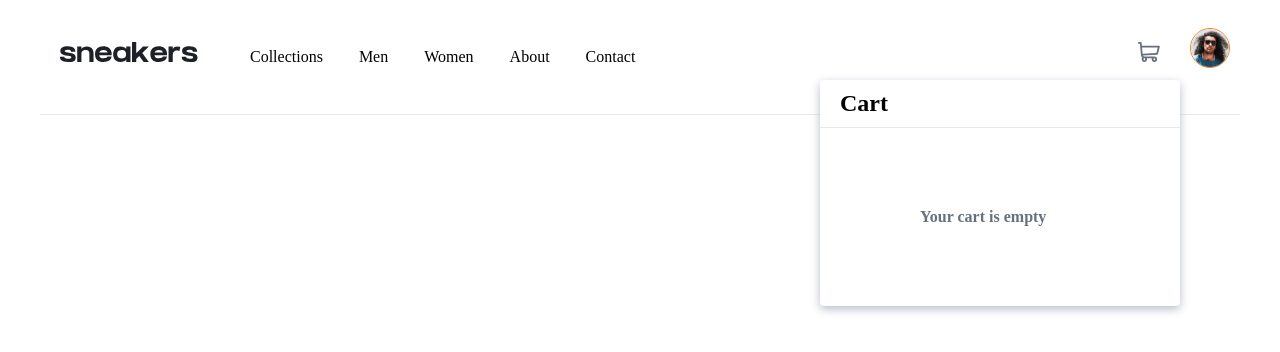
Repository: Bakyproit/Ecommerce
Page: index.html
These files come from the project's save history. The page is drawn as it stood at one moment and after a run of saves; the edit follows.
The browser window is 1280 px wide. The pictures show the whole page.
The style sheet was rebuilt from its Sass, Less or Tailwind sources for each picture, by a compiler version that may differ from the author's.

Above is the page before, as saved 2022-02-14 13:28:01.

### index.html
<!DOCTYPE html>
<html lang="en">
<head>
    <meta charset="UTF-8">
    <meta http-equiv="X-UA-Compatible" content="IE=edge">
    <meta name="viewport" content="width=device-width, initial-scale=1.0">
    <title>Ecommerce</title>
    <link rel="stylesheet" href="./asset/css/app.css">
    <link rel="preconnect" href="https://fonts.googleapis.com">
    <link rel="preconnect" href="https://fonts.gstatic.com" crossorigin>
    <link href="https://fonts.googleapis.com/css2?family=Kumbh+Sans:wght@400;700&display=swap" rel="stylesheet">
</head>
<body>
    <div class="wrapper">
        <!-- Beggin header -->
        <div class="header">
            <div class="header__left">
                <div class="header__left-logo">
                    <img src="./asset/images/logo.svg" alt="">
                </div>
                <div class="header__left-menu">
                    <ul class="header__left-menu-list">
                        <li class="header__left-menu-item">
                            <a href="" class="header__left-menu-item-title">Collections</a>
                        </li>
                        <li class="header__left-menu-item">
                            <a href="" class="header__left-menu-item-title">Men</a>
                        </li>
                        <li class="header__left-menu-item">
                            <a href="" class="header__left-menu-item-title">Women</a>
                        </li>
                        <li class="header__left-menu-item">
                            <a href="" class="header__left-menu-item-title">About</a>
                        </li>
                        <li class="header__left-menu-item">
                            <a href="" class="header__left-menu-item-title">Contact</a>
                        </li>
                    </ul>
                </div>
            </div>
            <div class="header__right">
                <div class="header__right-cart">
                    <img src="./asset/images/icon-cart.svg" alt="">
                    <!-- cart-list--no-cart -->
                    <!-- cart-list--yes-cart-->
                    <div class="cart-list cart-list--no-cart">
                        <h3 class="cart-list-heading">Cart</h3>

                        <span class="cart-list-message">Your cart is empty</span>




                    </div>
                </div>
                <div class="header__right-avatar">
                    <img src="./asset/images/image-avatar.png" alt="">
                </div>
            </div>
        </div>
        <!-- end header -->
    </div>
</body>
</html>

### asset/sass/app.scss
@import './valiable.scss' ;
@import './style.scss' ;
@import './reset.scss' ;

### asset/sass/valiable.scss

$Color_primary : hsl(26,100%,55%) ;
$Pale_orange: hsl(25, 100%, 94%) ;
$blue : hsl(220, 13%, 13%) ;
$Dark_grayish_blue : hsl(219, 9%, 45%);
$Grayish_blue : hsl(220, 14%, 75%) ;
$Light_grayish_blue : hsl(223, 64%, 98%) ;
$White : hsl(0, 0%, 100%) ;
$Black : hsl(0, 0%, 0%) ;
$Font_s : 16px ;

### asset/sass/style.scss
.wrapper{
    width: 1200px;
    margin: 0 auto;
}

.header{
    display: flex;
    justify-content: space-between;
    border-bottom: 1px solid #e8e7ec;
}

.header__left{
    display: flex;
    &-logo{
        padding: 42px 20px;
    }
    &-menu{
        margin-left: 16px;
        transition: all linear 0.2s;

        &-item{
            display: inline-block;
            margin: 0 16px;
        }
        &-item-title{
            display: inline-block;
            padding: 48px 0;
            color : $Black ;
        }
        &-item-title:hover{
            border-bottom: 4px solid $Color_primary;
            font-weight: 700;
        }
    }
}
.header__right {
    display: flex;
    &-cart{
        color : $Black ;
        padding: 42px 20px;
        cursor: pointer;
        position: relative;
    }
    &-cart:hover .cart-list{
        display: block;
    }

    .cart-list{
        width: 360px;
        position: absolute;
        top:70% ;
        right: 0 ;
        background-color: $White;
        box-shadow: 0px 3px 10px $Grayish_blue ;
        border-radius: 4px;
        index : 2 ;
        &-heading{
            font-size: 24px;
            color : $Black ;
            display: block;
            padding: 10px 20px;
            border-bottom: 1px solid #e8e7ec;
        }
        &-message{
            display: inline-block;
            color : $Dark_grayish_blue ;
            font-weight: 700;
            margin : 80px 100px;
            display: none;
        }

    }
    .cart-list--no-cart .cart-list-message{
        display: inline-block;
        color : $Dark_grayish_blue ;
        font-weight: 700;
        margin : 80px 100px;

    }


    &-avatar{
        width: 40px;
        height: 40px;
        border-radius:40px ;
        border : 1px solid $Color_primary ;
        margin: 28px 10px auto 10px;
        cursor: pointer;
        img{
            width: 100%;
        }
    }
}

### asset/sass/reset.scss
*{
    box-sizing: border-box;
    padding: 0;
    margin: 0;
}
html{
    font-size: 16px;
}
h1, h2,h3{
    margin: 0;
}
ul{
    margin: 0;
    padding-left: 0;
    list-style: none;
}
a{
    text-decoration: none;

}

After the next 4 saves:
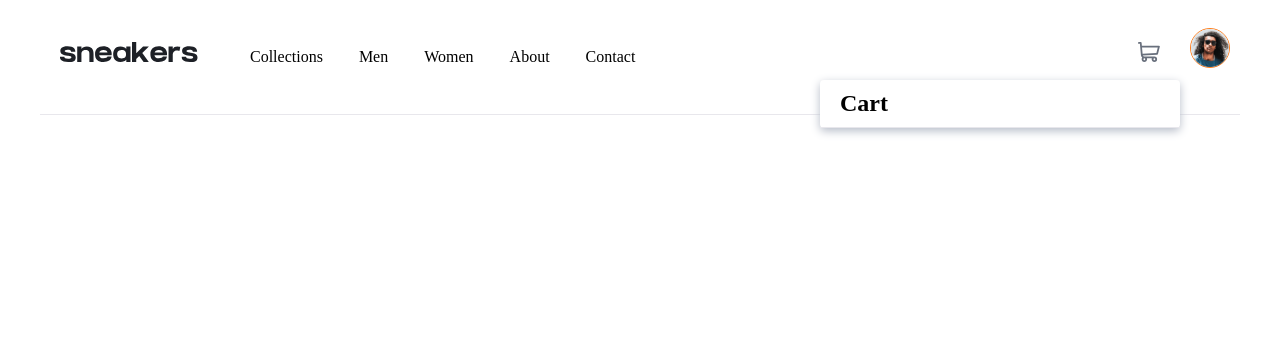
The 4 saves are shown as one change because they came seconds apart.
The last was saved 16 s later.
--- a/asset/sass/style.scss
+++ b/asset/sass/style.scss
@@ -70,13 +70,9 @@
         }
 
     }
-    .cart-list--no-cart .cart-list-message{
-        display: inline-block;
-        color : $Dark_grayish_blue ;
-        font-weight: 700;
-        margin : 80px 100px;
-
-    }
+    // .cart-list--no-cart .cart-list-message{
+    //     display: block ;
+    // }
 
 
     &-avatar{

After the save that followed:
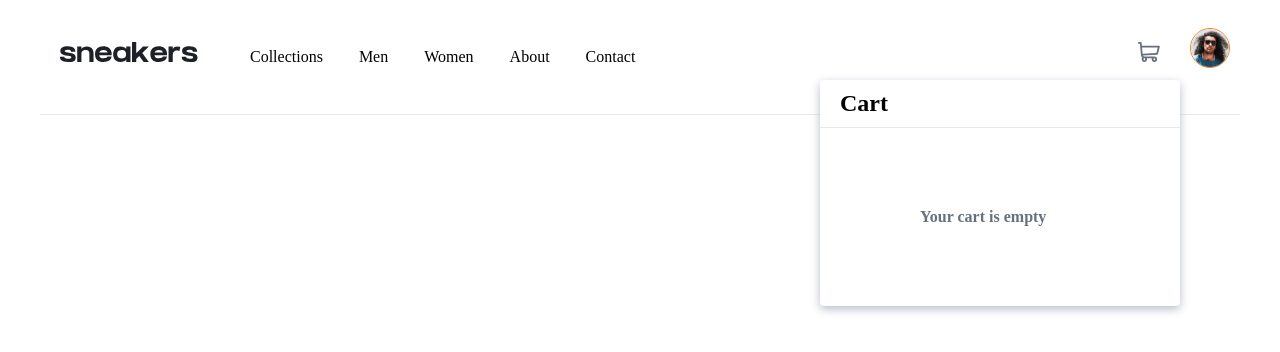
Saved 4 s later.
--- a/asset/sass/style.scss
+++ b/asset/sass/style.scss
@@ -70,9 +70,9 @@
         }
 
     }
-    // .cart-list--no-cart .cart-list-message{
-    //     display: block ;
-    // }
+    .cart-list--no-cart .cart-list-message{
+        display: block ;
+    }
 
 
     &-avatar{
